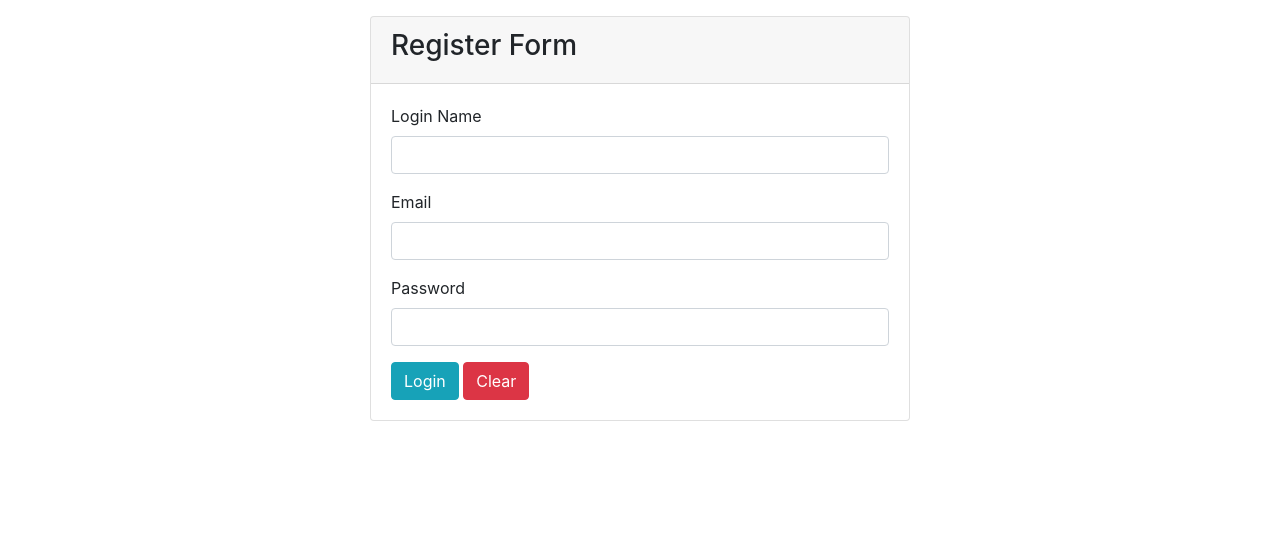
Repository: HsuMon123/Testing-Java-EE
Page: http://localhost/02-hello-servlet/
An editor plug-in stored every save of this project. The page is shown before and after the next save, followed by the edit.
The browser window is 1280 px wide. The pictures show the whole page.
The page is served by Tomcat 9.

Above is the page before, as saved 2020-12-16 04:29:12.

After the next save:
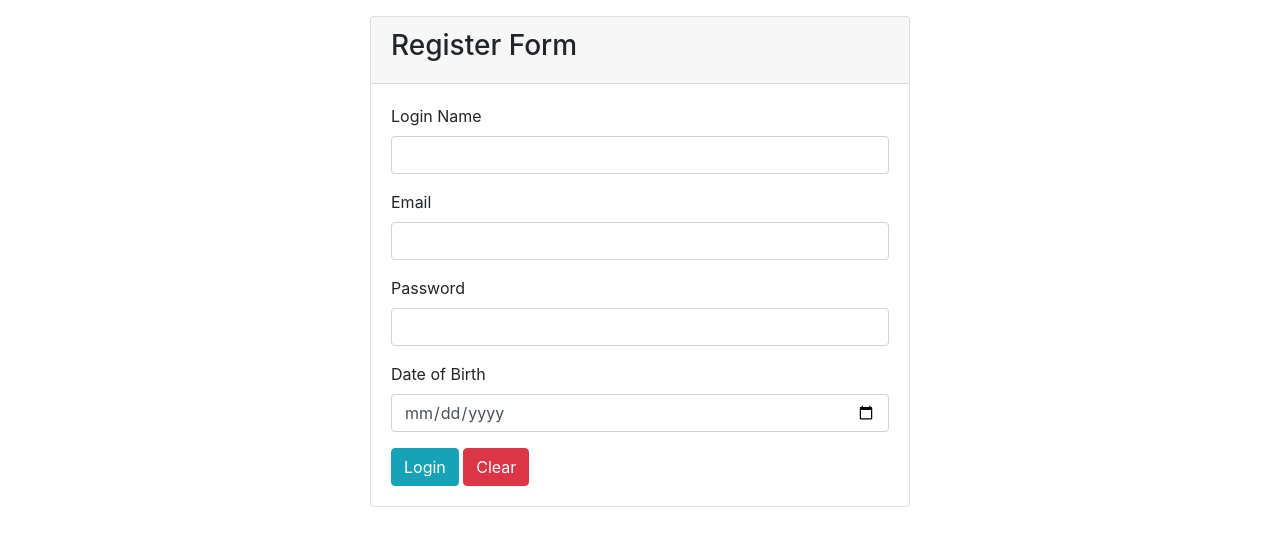
Saved 35 s later.
--- a/02-hello-servlet/src/main/webapp/index.jsp
+++ b/02-hello-servlet/src/main/webapp/index.jsp
@@ -32,6 +32,10 @@
 							<label for="">Password</label>
 							<input type="password" name="upass" class="form-control" />
 						</div>
+						<div class="form-group">
+							<label for="">Date of Birth</label>
+							<input type="date" name="dob" class="form-control" />
+						</div>
 						<button type="submit" class="btn btn-info">Login</button>
 						<button type="reset" class="btn btn-danger">Clear</button>
 					</form>
